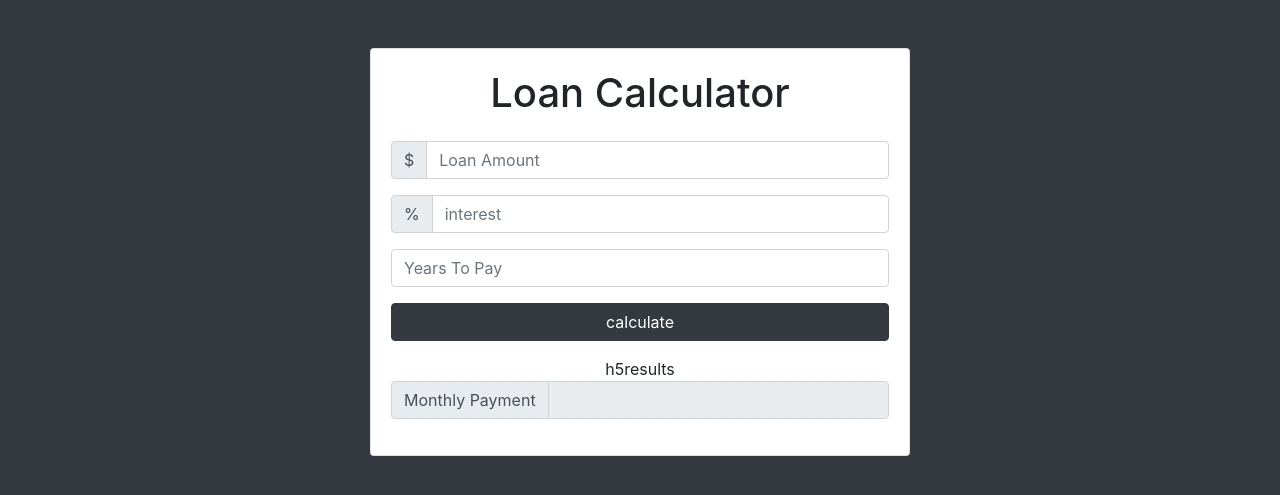
Repository: varun-project/LearningJs
Page: index.html
An editor plug-in stored every save of this project. The page is shown before and after a run of saves, followed by the edit.
The browser window is 1280 px wide. The pictures show the whole page.

Above is the page before, as saved 2019-07-28 17:22:03.

### index.html
<!DOCTYPE html>
<html lang="en">
  <head>
    <!-- Required meta tags -->
    <meta charset="utf-8" />
    <meta
      name="viewport"
      content="width=device-width, initial-scale=1, shrink-to-fit=no"
    />

    <!-- Bootstrap CSS -->
    <link
      rel="stylesheet"
      href="https://stackpath.bootstrapcdn.com/bootstrap/4.3.1/css/bootstrap.min.css"
      integrity="sha384-ggOyR0iXCbMQv3Xipma34MD+dH/1fQ784/j6cY/iJTQUOhcWr7x9JvoRxT2MZw1T"
      crossorigin="anonymous"
    />

    <title>Hello, world!</title>
  </head>
  <body class="bg-dark">
    <div class="container">
      <div class="row">
        <div class="col-md-6 mx-auto">
          <div class="card card-body text-center mt-5">
            <h1 class="heading display-5 pb-3">Loan Calculator</h1>
            <form id="loan-form">
              <div class="form-group">
                <div class="input-group">
                  <div class="input-group-prepend">
                    <div class="input-group-text">$</div>
                  </div>
                  <input
                    type="number"
                    class="form-control"
                    id="amount"
                    placeholder="Loan Amount"
                  />
                </div>
              </div>
              <div class="form-group">
                <div class="input-group">
                  <div class="input-group-prepend">
                    <div class="input-group-text">%</div>
                  </div>
                  <input
                    type="number"
                    class="form-control"
                    id="interest"
                    placeholder="interest"
                  />
                </div>
              </div>
              <div class="form-group">
                <input
                  type="number"
                  class="form-control"
                  id="years"
                  placeholder="Years To Pay"
                />
              </div>
              <div class="form-group">
                <input
                  type="submit"
                  value="calculate"
                  class="btn btn-dark btn-block"
                />
              </div>
            </form>
            <!-- LOADER HERE -->
            <!-- RESULTS -->
            <div id="results">
              h5results

            <div class="form-group">
                <div class="input-group">
                  <div class="input-group-prepend">
                    <div class="input-group-text">Monthly Payment</div>
                  </div>
                  <input
                    type="number"
                    class="form-control"
                    id="monthly payment"
                    disabled
                  />
                </div>
              </div>
            </div>
          </div>
        </div>
      </div>
    </div>

    <!-- Optional JavaScript -->
    <!-- jQuery first, then Popper.js, then Bootstrap JS -->
    <script
      src="https://code.jquery.com/jquery-3.3.1.slim.min.js"
      integrity="sha384-q8i/X+965DzO0rT7abK41JStQIAqVgRVzpbzo5smXKp4YfRvH+8abtTE1Pi6jizo"
      crossorigin="anonymous"
    ></script>
    <script
      src="https://cdnjs.cloudflare.com/ajax/libs/popper.js/1.14.7/umd/popper.min.js"
      integrity="sha384-UO2eT0CpHqdSJQ6hJty5KVphtPhzWj9WO1clHTMGa3JDZwrnQq4sF86dIHNDz0W1"
      crossorigin="anonymous"
    ></script>
    <script
      src="https://stackpath.bootstrapcdn.com/bootstrap/4.3.1/js/bootstrap.min.js"
      integrity="sha384-JjSmVgyd0p3pXB1rRibZUAYoIIy6OrQ6VrjIEaFf/nJGzIxFDsf4x0xIM+B07jRM"
      crossorigin="anonymous"
    ></script>
  </body>
</html>

After the next 2 saves:
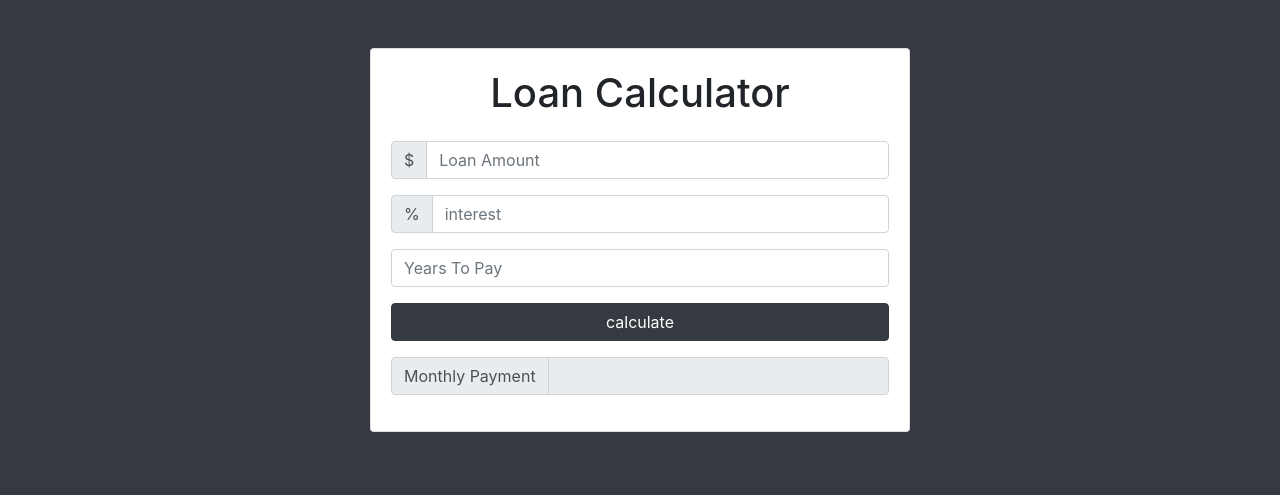
The 2 saves are shown as one change because they came seconds apart.
The last was saved 6 s later.
--- a/index.html
+++ b/index.html
@@ -70,7 +70,6 @@
             <!-- LOADER HERE -->
             <!-- RESULTS -->
             <div id="results">
-              h5results
 
             <div class="form-group">
                 <div class="input-group">
